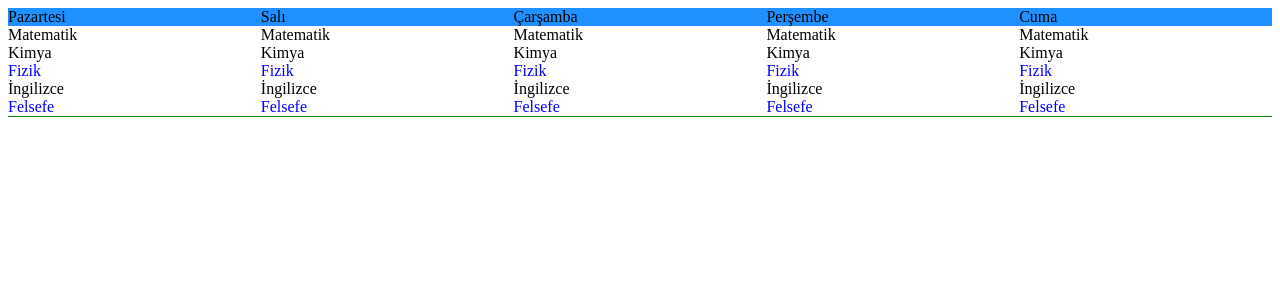
Repository: ahmetbugraozcan/css-ders-programi
Page: deneme.html
These files come from the project's save history. The page is drawn as it stood at one moment and after the next save; the edit follows.
The browser window is 1280 px wide. The pictures show the whole page.

Above is the page before, as saved 2021-07-10 09:29:24.

### deneme.html
<!DOCTYPE html>
<html lang="en">

<head>
    <meta charset="UTF-8">
    <meta http-equiv="X-UA-Compatible" content="IE=edge">
    <meta name="viewport" content="width=device-width, initial-scale=1.0">
    <title>Document</title>
</head>
<style>
    header {
        background-color: dodgerblue;
    }

    header,
    .row {
        display: flex;
        /* aligns all child elements (flex items) in a row */
    }

    .col :nth-of-type(even){
        color: blue;
    }
    .col :last-child {
        border-bottom: 1px solid green;
    }

    .col {
        flex: 1;
        /* distributes space on the line equally among items */
    }
</style>

<body>

    <header>
        <div class="col">Pazartesi</div>
        <div class="col">Salı</div>
        <div class="col">Çarşamba</div>
        <div class="col">Perşembe</div>
        <div class="col">Cuma</div>
    </header>
    <div class="row">
        <div class="col">Matematik
            <div>Kimya</div>
            <div>Fizik</div>
            <div>İngilizce</div>
            <div>Felsefe</div>
        </div>
        <div class="col">Matematik<div>Kimya</div>
            <div>Fizik</div>
            <div>İngilizce</div>
            <div>Felsefe</div>
        </div>
        <div class="col">Matematik
            <div>Kimya</div>
            <div>Fizik</div>
            <div>İngilizce</div>
            <div>Felsefe</div>
        </div>
        <div class="col">Matematik<div>Kimya</div>
            <div>Fizik</div>
            <div>İngilizce</div>
            <div>Felsefe</div>
        </div>
        <div class="col">Matematik
            <div>Kimya</div>
            <div>Fizik</div>
            <div>İngilizce</div>
            <div>Felsefe</div>
        </div>
    </div>
</body>

</html>

After the next save:
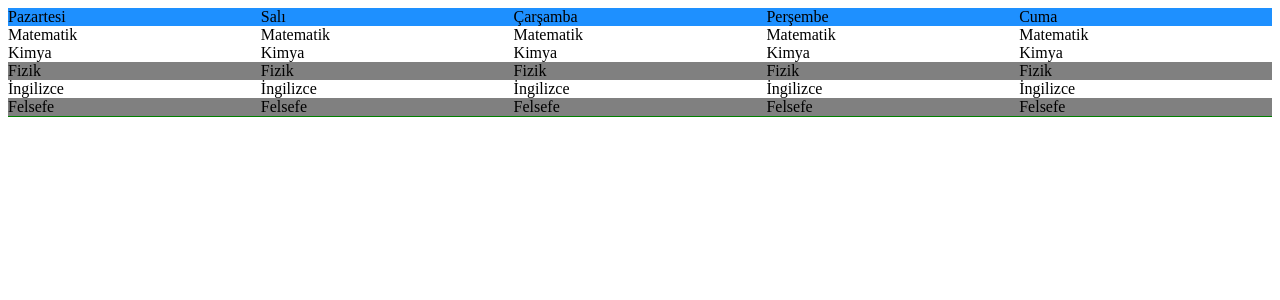
Saved 10 s later.
--- a/deneme.html
+++ b/deneme.html
@@ -19,7 +19,7 @@
     }
 
     .col :nth-of-type(even){
-        color: blue;
+        background-color: grey;
     }
     .col :last-child {
         border-bottom: 1px solid green;
